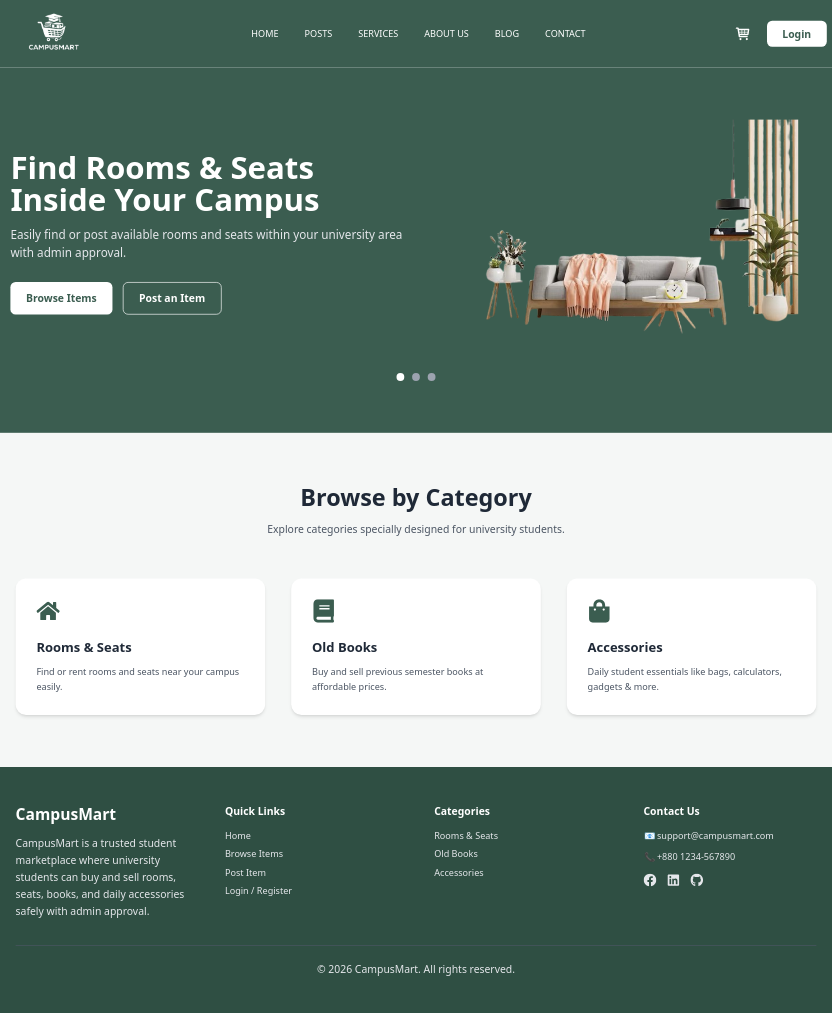
Repository: jahidhasanri/CAMPUSMART
Page: /
The author's editor kept a copy of each file at every save. The page is drawn from the files as they stood at one save, then again after the next save.
The browser window is 1280 px wide. The pictures show the whole page, at 65% of full size.
The project was rebuilt for these pictures with package versions that can differ from the ones it lists, and the page was loaded fresh each time. Also part of the build but not shown: vite.config.js.

Above is the page before, as saved 2026-01-12 23:39:56.

### index.html
<!doctype html>
<html lang="en">
  <head>
    <meta charset="UTF-8" />
    <link rel="icon" type="image/svg+xml" href="/vite.svg" />
    <meta name="viewport" content="width=device-width, initial-scale=1.0" />
    <title>campusmart</title>
  </head>
  <body>
    <div id="root"></div>
    <script type="module" src="/src/main.jsx"></script>
  </body>
</html>

### src/main.jsx
import { StrictMode } from 'react'
import { createRoot } from 'react-dom/client'
import './index.css'
import { RouterProvider } from 'react-router-dom'
import Router from './router/Router.jsx'


createRoot(document.getElementById('root')).render(
  <StrictMode>
    <RouterProvider router={Router} />
  </StrictMode>,
)

### src/router/Router.jsx
import { createBrowserRouter } from "react-router-dom";
import Home from "../Pages/Home.jsx";
import Main from "../components/Main.jsx";


const Router = createBrowserRouter([
  {
    path: "/",
    element: <Main></Main>,
    children:[
        {
            index:true,
            element:<Home></Home>
        }
    ]
  },
]);

export default Router;

### src/Pages/Home.jsx
import React from 'react';
import Banner from '../components/Banner';
import Categories from '../components/Category';

const Home = () => {
    return (
        <div>
            <Banner></Banner>
            <Categories></Categories>
        </div>
    );
};

export default Home;

### src/components/Main.jsx
import React from 'react';
import { Outlet } from 'react-router-dom';
import Navbar from './Navbar';
import Footer from './Footer';

const Main = () => {
    return (
        <div className=''>
            <Navbar></Navbar>
            <div className="min-h-[calc(100vh-422px)]">

            <Outlet></Outlet>
            </div>
            <Footer></Footer>
        </div>
    );
};

export default Main;

### src/components/Banner.jsx
import { useState, useEffect } from "react";

const slides = [
  {
    title: "Find Rooms & Seats Inside Your Campus",
    subtitle:
      "Easily find or post available rooms and seats within your university area with admin approval.",
    image: "/images/room1.png",
  },
  {
    title: "Buy & Sell Previous Semester Books",
    subtitle:
      "Save money by buying used books or sell your old semester books to juniors.",
    image: "/images/books.png",
  },
  {
    title: "Student Accessories Marketplace",
    subtitle:
      "Calculator, table lamp, chair, bag and other student essentials - all in one place.",
    image: "/images/product-3.png",
  },
];

const Banner = () => {
  const [current, setCurrent] = useState(0);

  // auto slide
  useEffect(() => {
    const interval = setInterval(() => {
      setCurrent((prev) => (prev + 1) % slides.length);
    }, 10000);

    return () => clearInterval(interval);
  }, []);

  return (
    <div className="w-full bg-[#3b5d50]">
      <div className="max-w-[1300px] mx-auto px-4 py-20">
        <div className="grid grid-cols-1 md:grid-cols-2 items-center gap-10">

          {/* LEFT CONTENT */}
          <div className="text-white">
            <h1 className="text-3xl md:text-5xl font-bold mb-4 leading-tight">
              {slides[current].title}
            </h1>

            <p className="text-gray-200 text-lg mb-8">
              {slides[current].subtitle}
            </p>

            <div className="flex gap-4 flex-wrap">
              <button className="bg-white text-[#3b5d50] px-6 py-3 rounded-lg font-semibold hover:bg-gray-200 transition">
                Browse Items
              </button>
              <button className="border border-white px-6 py-3 rounded-lg font-semibold hover:bg-white hover:text-[#3b5d50] transition">
                Post an Item
              </button>
            </div>
          </div>

          {/* RIGHT IMAGE */}
          <div className="flex justify-center">
            <img
              src={slides[current].image}
              alt="banner"
              className="w-full max-h-[350px] max-w-[550px] object-contain"
            />
          </div>
        </div>

        {/* DOTS */}
        <div className="flex justify-center mt-10 gap-3">
          {slides.map((_, index) => (
            <button
              key={index}
              onClick={() => setCurrent(index)}
              className={`h-3 w-3 rounded-full ${
                current === index ? "bg-white" : "bg-gray-400"
              }`}
            ></button>
          ))}
        </div>
      </div>
    </div>
  );
};

export default Banner;

### src/components/Category.jsx
/* eslint-disable no-unused-vars */

import { motion } from "framer-motion";
import { FaHome, FaBook, FaShoppingBag } from "react-icons/fa";

const categories = [
  {
    title: "Rooms & Seats",
    desc: "Find or rent rooms and seats near your campus easily.",
    icon: <FaHome />,
  },
  {
    title: "Old Books",
    desc: "Buy and sell previous semester books at affordable prices.",
    icon: <FaBook />,
  },
  {
    title: "Accessories",
    desc: "Daily student essentials like bags, calculators, gadgets & more.",
    icon: <FaShoppingBag />,
  },
];

const fadeUp = {
  hidden: { opacity: 0, y: 60 },
  visible: {
    opacity: 1,
    y: 0,
    transition: {
      duration: 0.7,
      ease: "easeOut",
    },
  },
};

const Categories = () => {
  return (
    <section className="py-20 bg-[#f5f7f6]">
      <div className="max-w-[1300px] mx-auto px-6">

        {/* TITLE */}
        <motion.div
          variants={fadeUp}
          initial="hidden"
          whileInView="visible"
          viewport={{ once: true }}
          className="text-center mb-16"
        >
          <h2 className="text-3xl md:text-4xl font-bold text-gray-800 mb-4">
            Browse by Category
          </h2>
          <p className="text-gray-600 max-w-xl mx-auto">
            Explore categories specially designed for university students.
          </p>
        </motion.div>

        {/* CARDS */}
        <div className="grid grid-cols-1 md:grid-cols-2 lg:grid-cols-3 gap-10">
          {categories.map((item, index) => (
            <motion.div
              key={index}
              variants={fadeUp}
              initial="hidden"
              whileInView="visible"
              viewport={{ once: true }}
              transition={{ delay: index * 0.15 }}
              className="bg-white rounded-2xl p-8 shadow-md hover:shadow-lg transition-shadow duration-300"
            >
              <div className="text-4xl text-[#3b5d50] mb-6">
                {item.icon}
              </div>

              <h3 className="text-xl font-semibold text-gray-800 mb-3">
                {item.title}
              </h3>

              <p className="text-gray-600 text-sm leading-relaxed">
                {item.desc}
              </p>
            </motion.div>
          ))}
        </div>

      </div>
    </section>
  );
};

export default Categories;

### src/components/Navbar.jsx

import { useState } from "react";
import { Link } from "react-router-dom";
import { TiShoppingCart } from "react-icons/ti";
import { HiMenuAlt3, HiX } from "react-icons/hi";

const Navbar = () => {
  const [menuOpen, setMenuOpen] = useState(false);

  const navLinks = [
    { name: "HOME", path: "/" },
    { name: "POSTS", path: "/products" },
    { name: "SERVICES", path: "/services" },
    { name: "ABOUT US", path: "/about" },
    { name: "BLOG", path: "/blog" },
    { name: "CONTACT", path: "/contact" },
  ];

  return (
    <header className="bg-[#3b5d50] text-white">
      <div className="max-w-[1300px]  mx-auto px-2 py-5">
        <div className="flex items-center justify-between h-16">

          {/* Logo */}
         <Link href={'/'}>
          <img src="/images/campu_logo-removebg-preview.png" className="w-[150px] h-26" alt="Green Nest Logo" />
         </Link>

          {/* Desktop Menu (lg only) */}
          <ul className="hidden lg:flex gap-10 font-normal text-sm">
            {navLinks.map((link) => {
              return (
                <li key={link.path}>
                  <Link
                    href={link.path}
                    className={`pb-1 transition-all duration-300`}
                  >
                    {link.name}
                  </Link>
                </li>
              );
            })}
          </ul>

          {/* Cart + Login (md and up) */}
          <Link href={'/login'} className="hidden md:flex items-center gap-6">
            <TiShoppingCart
              size={26}
              className="cursor-pointer hover:text-[#5a8139]"
            />
            <button className="bg-white text-[#3b5d50] px-6 py-2 rounded-lg font-semibold hover:bg-gray-200 transition">
                Login
              </button>
          </Link>

          {/* Hamburger (md & sm only) */}
          <div className="lg:hidden">
            <button onClick={() => setMenuOpen(!menuOpen)}>
              {menuOpen ? <HiX size={28} /> : <HiMenuAlt3 size={28} />}
            </button>
          </div>
        </div>

        {/* Mobile + Tablet Menu */}
        {menuOpen && (
          <div className="lg:hidden mt-4">
            <ul className="flex flex-col gap-4 font-medium">
              {navLinks.map((link) => {
                return (
                  <li key={link.path}>
                    <Link
                      href={link.path}
                      onClick={() => setMenuOpen(false)}
                      className={`block pb-1`}
                    >
                      {link.name}
                    </Link>
                  </li>
                );
              })}
            </ul>

                <Link href={'/login'} className=" md:hidden items-center gap-6">
            <TiShoppingCart
              size={26}
              className="cursor-pointer mb-5 mt-5 hover:text-[#5a8139]"
            />
            <button className="bg-[#5a8139] mb-5 hover:bg-[#5b8139d7] px-4 py-1.5 cursor-pointer rounded">
              Login
            </button>
          </Link>

          </div>
        )}
      </div>
    </header>
  );
};

export default Navbar;

### src/components/Footer.jsx
import { FaFacebook, FaLinkedin, FaGithub } from "react-icons/fa";

const Footer = () => {
  return (
    <footer className="bg-[#2f4f43] text-gray-200">
      <div className="max-w-[1300px] mx-auto px-6 py-14">
        <div className=" grid grid-cols-1 md:grid-cols-2 lg:grid-cols-4 gap-14">

          {/* BRAND */}
          <div className="">
            <h2 className="text-2xl font-bold text-white mb-4">
              CampusMart
            </h2>
            <p className="text-[16px] leading-relaxed">
              CampusMart is a trusted student marketplace where university
              students can buy and sell rooms, seats, books, and daily
              accessories safely with admin approval.
            </p>
          </div>

          {/* QUICK LINKS */}
          <div>
            <h3 className="text-[16px] font-semibold text-white mb-4">
              Quick Links
            </h3>
            <ul className="space-y-2 text-sm">
              <li className="hover:text-white cursor-pointer">Home</li>
              <li className="hover:text-white cursor-pointer">Browse Items</li>
              <li className="hover:text-white cursor-pointer">Post Item</li>
              <li className="hover:text-white cursor-pointer">Login / Register</li>
            </ul>
          </div>

          {/* CATEGORIES */}
          <div>
            <h3 className="text-[16px] font-semibold text-white mb-4">
              Categories
            </h3>
            <ul className="space-y-2 text-sm">
              <li className="hover:text-white cursor-pointer">Rooms & Seats</li>
              <li className="hover:text-white cursor-pointer">Old Books</li>
              <li className="hover:text-white cursor-pointer">Accessories</li>
            </ul>
          </div>

          {/* CONTACT */}
          <div>
            <h3 className="text-[16px] font-semibold text-white mb-4">
              Contact Us
            </h3>
            <p className="text-sm mb-3">📧 support@campusmart.com</p>
            <p className="text-sm mb-4">📞 +880 1234-567890</p>

            <div className="flex gap-4 text-xl">
              <FaFacebook className="hover:text-white cursor-pointer" />
              <FaLinkedin className="hover:text-white cursor-pointer" />
              <FaGithub className="hover:text-white cursor-pointer" />
            </div>
          </div>

        </div>

        {/* BOTTOM */}
        <div className="border-t border-gray-600 mt-10 pt-6 text-center text-[16px]">
          © {new Date().getFullYear()} CampusMart. All rights reserved.
        </div>
      </div>
    </footer>
  );
};

export default Footer;

### src/components/HowItWorks.jsx
/* eslint-disable no-unused-vars */
import { motion } from "framer-motion";
import { FaUserPlus, FaUpload, FaCheckCircle, FaHandshake } from "react-icons/fa";

const steps = [
  {
    id: 1,
    icon: <FaUserPlus />,
    title: "Register / Login",
    desc: "Create your student account to start buying or selling items within your campus community.",
  },
  {
    id: 2,
    icon: <FaUpload />,
    title: "Post Your Item",
    desc: "Add rooms, books, seats, or accessories you want to sell and submit for admin approval.",
  },
  {
    id: 3,
    icon: <FaCheckCircle />,
    title: "Admin Approval",
    desc: "Our admin team reviews and approves your post before it goes live to maintain trust and safety.",
  },
  {
    id: 4,
    icon: <FaHandshake />,
    title: "Connect & Deal",
    desc: "Once approved, interested students can connect with you and complete the transaction safely.",
  },
];

const fadeUp = {
  hidden: { opacity: 0, y: 60 },
  visible: {
    opacity: 1,
    y: 0,
    transition: {
      duration: 0.7,
      ease: "easeOut",
    },
  },
};

const HowItWorks = () => {
  return (
    <section className="py-20 bg-white">
      <div className="max-w-[1300px] mx-auto px-6">

        {/* Section Title */}
        <motion.div
          variants={fadeUp}
          initial="hidden"
          whileInView="visible"
          viewport={{ once: true }}
          className="text-center mb-16"
        >
          <h2 className="text-3xl md:text-4xl font-bold text-gray-800 mb-4">
            How CampusMart Works
          </h2>
          <p className="text-gray-600 max-w-xl mx-auto">
            A simple 4-step process for buying and selling inside your university community.
          </p>
        </motion.div>

        {/* Steps Grid */}
        <div className="grid grid-cols-1 md:grid-cols-2 lg:grid-cols-4 gap-10">
          {steps.map((step, index) => (
            <motion.div
              key={step.id}
              variants={fadeUp}
              initial="hidden"
              whileInView="visible"
              viewport={{ once: true }}
              transition={{ delay: index * 0.2 }}
              className="bg-[#f5f7f6] p-8 rounded-2xl shadow-md hover:shadow-lg transition-shadow duration-300 text-center"
            >
              <div className="text-5xl text-[#3b5d50] mb-6">
                {step.icon}
              </div>
              <h3 className="text-xl font-semibold text-gray-800 mb-3">
                {step.title}
              </h3>
              <p className="text-gray-600 text-sm leading-relaxed">
                {step.desc}
              </p>
            </motion.div>
          ))}
        </div>

      </div>
    </section>
  );
};

export default HowItWorks;

Loaded but not shown: src/index.css (common file); tailwind.config.js (common file)

After the next save:
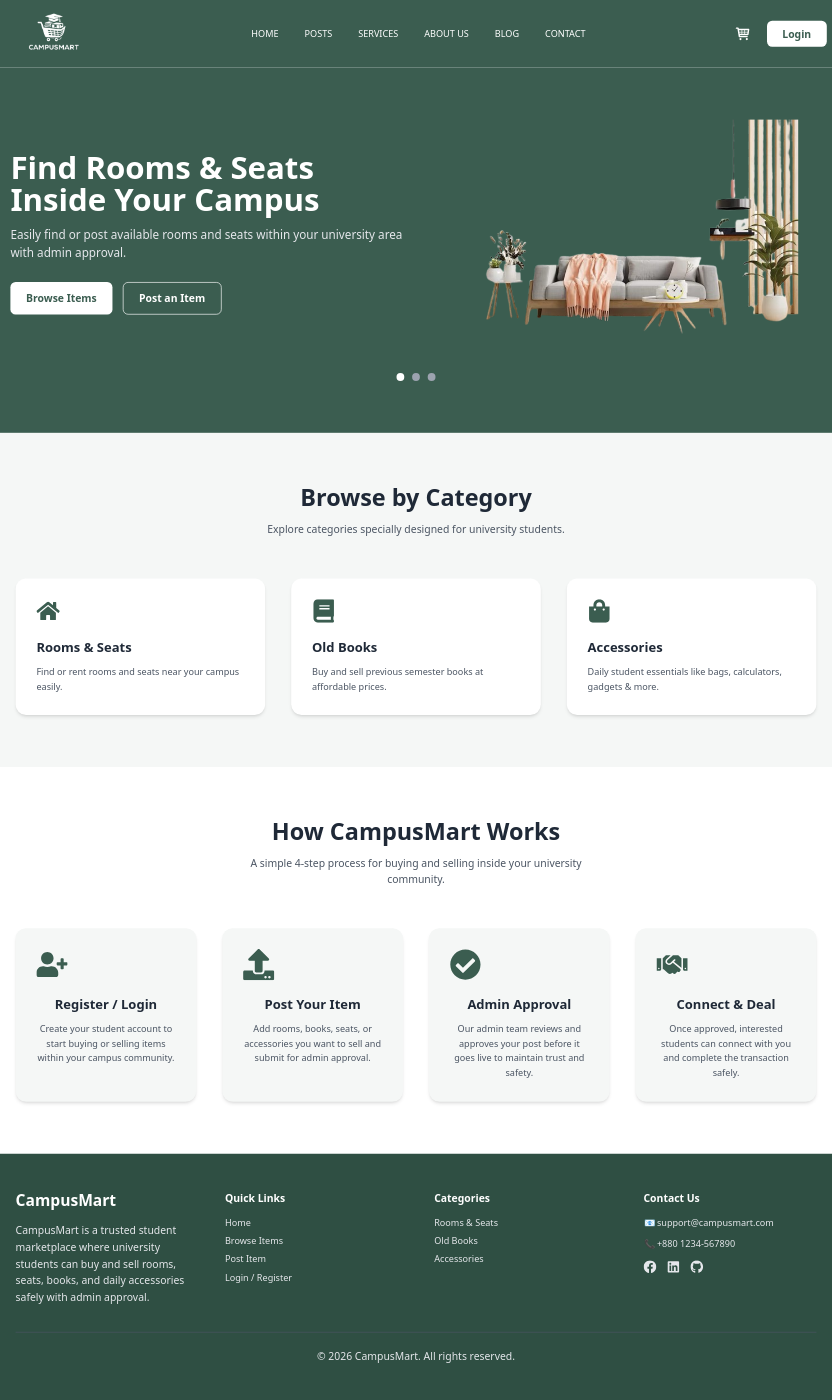
Saved 11 s later.
--- a/src/Pages/Home.jsx
+++ b/src/Pages/Home.jsx
@@ -1,12 +1,14 @@
 import React from 'react';
 import Banner from '../components/Banner';
 import Categories from '../components/Category';
+import HowItWorks from '../components/HowItWorks';
 
 const Home = () => {
     return (
         <div>
             <Banner></Banner>
             <Categories></Categories>
+            <HowItWorks></HowItWorks>
         </div>
     );
 };
